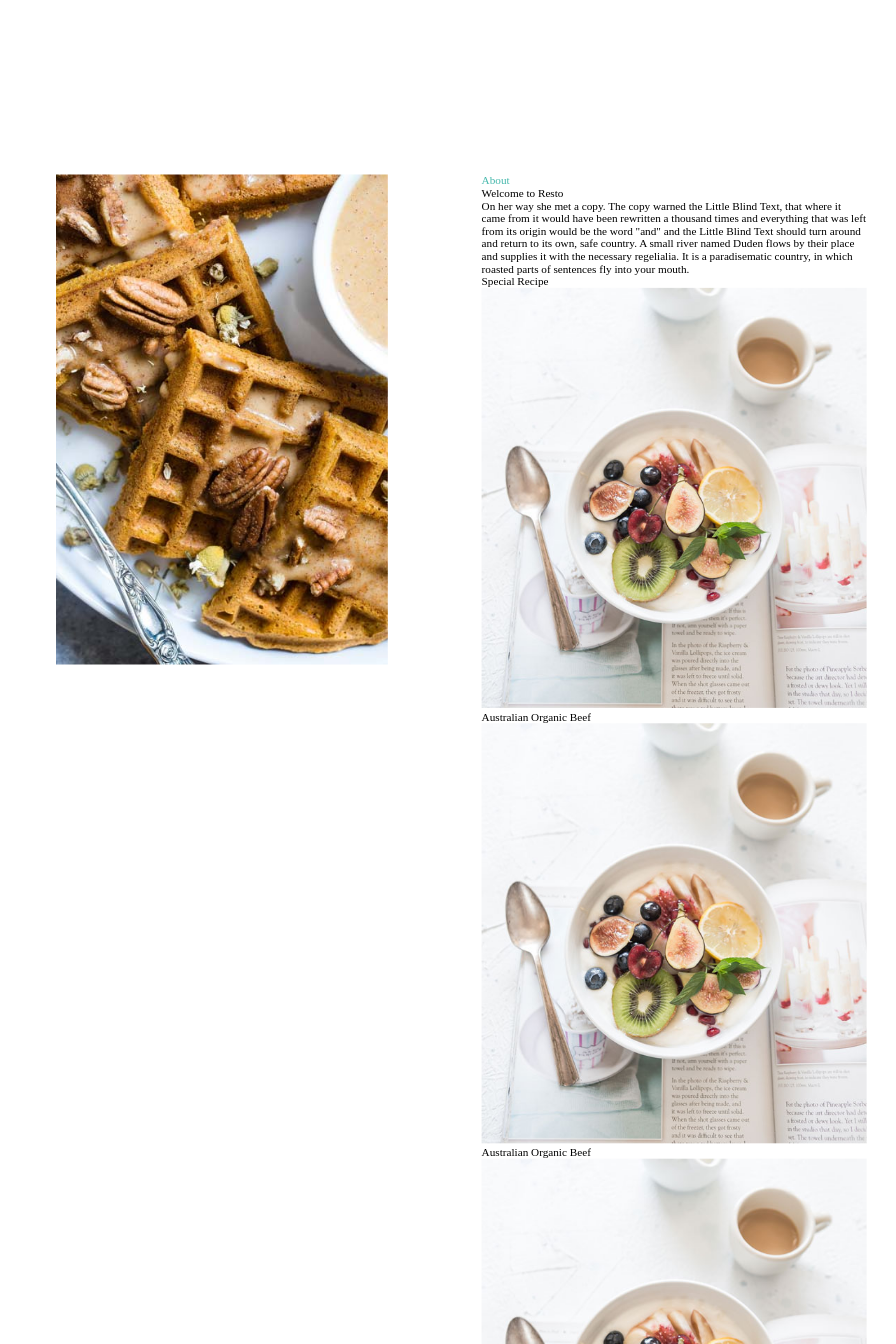
Repository: nguyenanhtuanHDU/myrestaurant
Page: index.html
An editor plug-in stored every save of this project. The page is shown before and after a run of saves, followed by the edit.
The browser window is 1280 px wide. The pictures show the part of the page from y = 555 to 2475 px (the page is 2833 px tall before and 2837 px after), at 70% of full size.

Above is the page before, as saved 2022-02-01 01:56:55.

### index.html
<!DOCTYPE html>
<html lang="en">
<head>
    <meta charset="UTF-8">
    <meta http-equiv="X-UA-Compatible" content="IE=edge">
    <meta name="viewport" content="width=device-width, initial-scale=1.0">
    <link rel="stylesheet" href="./assets/style.css">
    <link rel="stylesheet" href="./assets/icon/fontawesome-free-5.15.4-web/css/all.css">
    <link rel="stylesheet" href="./assets/main.js">
    <link rel="stylesheet" href="./aos/aos.css">
    <title>Resto</title>

</head>
<body>
    <div id="main">
        <div id="header">

            <i class="fas fa-bars" ></i>

            <ul id="nav_1" >
                <li><a href="">Home</a></li>
                <li><a href="">About</a></li>
                <li>
                <a href="">
                    Special Dishes
                    <i class="fas fa-caret-down"></i>
                </a>
                <ul class="subnav_1">
                    <li><a href="">
                        <i class="fas fa-angle-right"></i>
                        Beef Steak Sauce
                    </a></li>
                    <li><a href="">
                        <i class="fas fa-angle-right"></i>
                        Salmon Zucchini
                    </a></li>
                </ul>
                </li>
            </ul>

            <img src="./assets/image/logo.png" alt="" class="img_header" >

            <div id="nav_2">
                <ul>
                    <li><a href="">Menu</a></li>
                    <li><a href="">Team</a></li>
                    <li><a href="">Reservation</a></li>
                </ul>
            </div>

            <i class="fas fa-search"></i>

        </div>

        <div id="introduce">

            <div class="content">
                <h1 class="content_heading1">We Love</h1>
                <h1 class="content_heading2">Delicious Foods!</h1>
                <div class="list_content">
                    <img src="/assets/image/Content/1.png" alt="" class="img_content">
                    <img src="/assets/image/Content/2.png" alt="" class="img_content">
                    <img src="/assets/image/Content/3.png" alt="" class="img_content">

                </div>

                <div class="slider_dish">
                    <img class="img_dish" src="./assets/image/hero-1.jpg" >
                    <img class="img_dish" src="./assets/image/hero-2.jpg" >
                    <img class="img_dish" src="./assets/image/hero-3.jpg" >
                </div>
            </div>



            <div class="about">
                <img src="./assets/image/hero-2.jpg" alt="" class="img_about">
                <div class="about_content">
                    <div class="about_heading">About</div>
                    <div class="about_title">Welcome to Resto </div>
                    <div class="content_para">On her way she met a copy. The copy warned the Little Blind Text, that where it came from it would have been rewritten a thousand times and everything that was left from its origin would be the word "and" and the Little Blind Text should turn around and return to its own, safe country. A small river named Duden flows by their place and supplies it with the necessary regelialia. It is a paradisematic country, in which roasted parts of sentences fly into your mouth.

                    </div>

                    <div class="about_dish">
                        <div class="dish_title">Special Recipe </div>
                        <div class="list_dish">
                            <div class="dish_items">
                                <img src="./assets/image/hero-1.jpg" alt="" class="dish_img">
                                <div class="dish_name">Australian Organic Beef</div>
                            </div>
                            <div class="dish_items">
                                <img src="./assets/image/hero-1.jpg" alt="" class="dish_img">
                                <div class="dish_name">Australian Organic Beef</div>
                            </div>
                            <div class="dish_items">
                                <img src="./assets/image/hero-1.jpg" alt="" class="dish_img">
                                <div class="dish_name">Australian Organic Beef</div>
                            </div>

                        </div>
                    </div>
                </div>
            </div>
        </div>

        <div id="special">

        </div>

        <div id="menu">

        </div>

        <div id="team">

        </div>

        <div id="book">

        </div>

        <div id="footer">

        </div>
    </div>


    <script src="./assets/main.js">

    </script>
    <script src="./aos/aos.js">
        AOS.init();

    </script>


</body>
</html>

### assets/style.css
*{
    margin: 0;
    padding: 0;
    box-sizing: border-box;
}

#header{

    margin-top: 45px;
    margin-left: 150px;
}
#header .fa-bars:hover{
    color: #45b8ac;
    cursor: pointer;
    transform: rotate(360deg);
    transition: .6s ease;
}
#header .fa-bars{
    display: inline-block;
    margin-right: 140px;
    font-size: 20px;
}
#header .fa-search{
    font-size: 20px;
    margin-left: 150px;
}
#header .fa-search:hover{
    color: #45b8ac;
    cursor: pointer;
    font-size: 30px;
    transition: 0.4s ease;
}
#nav_1{
    display: inline-block;

}
#nav_1 > li {
    display: inline-block;
    position: relative;
}
#nav > li:hover{
    display: block;
}

#nav_1 > li > a {
    position: relative;
    font-family: Helvetica, Arial, sans-serif;
    opacity: 0.8;
    display: block;
    color: black;
    text-decoration: none;
    padding: 6px 8px;
}
#nav_1 > li > a:before {
    content: '';
    position: absolute;
    bottom: 0;
    left: 0;
    background-color: #45b8ac;
    height: 3px;
    width: 0%;
    transition: 0.6s ease ;
}
#nav_1 > li > a:hover:before {
    width: 100%;
}
#nav_1 li:hover .subnav_1{
    display: block;
    animation: subnav-1 1s ease ;
}
@keyframes subnav-1{
    0%{
        opacity: 0;
        left: 100px;
    }
    50%{
        left: -20px;
    }
    100%{
        left: 0;
    }

}
.subnav_1{
    position: absolute;
    top: 30px;
    opacity: 1;
    width: 162px;
    display: none;
    z-index: 2;
    overflow: hidden;
    border-top-right-radius: 19px;
    border-bottom-right-radius: 19px;
    box-shadow: rgba(0, 0, 0, 0.35) 0px 5px 15px;
}
.subnav_1 li{
    display: block;
}
.subnav_1 li a:hover{
    background-color: #45b8ac;
    color: white;
}
.subnav_1 li a{
    position: relative;
    font-family: Helvetica, Arial, sans-serif;
    opacity: 0.8;
    color: black;
    text-decoration: none;
    padding: 6px 8px;
    display: block;
}
.subnav_1 li a:before{
    content: '';
    position: absolute;
    top: 0;
    left: 0;
    background-color: #45b8ac;
    height: 100%;
    width: 0%;
    z-index: -1;
}
.subnav_1 li a:hover:before{
    color: white;
}



.img_header{
    width: 117.25px;
    height: 50px;
    margin-left: 78px;
    margin-right: 94px;
}
#nav_2{
    display: inline-block;
}
#nav_2 li {
    display: inline-block;
}

#nav_2 li a {
    position: relative;
    text-decoration: none;
    color: black;
    font-family: Helvetica, Arial, sans-serif;
    opacity: 0.8;
    padding: 6px 8px;
}
#nav_2 li a:before {
    content: '';
    position: absolute;
    bottom: 0;
    left: 0;
    background-color: #45b8ac;
    height: 3px;
    width: 0%;
    transition: 0.6s ease;
}
#nav_2 li a:hover:before {
    width: 100%;
}
#introduce{
    position: relative;
    height: 2000px;
}
.content{
    position: absolute;
    top: 86px;
    left: 50px;
}
.content_heading1{
    font-size: 3.5rem;
    font-weight: 300;
    line-height: 1.2;
}
.content_heading2{
    font-size: 3.5rem;
    font-weight: 300;
    line-height: 1.2;
    padding-top: 14px;
    padding-bottom: 59px;
}
.slider_dish{

}
.img_dish{
    position: absolute;
    width: 545px;
    height: 292px;
    object-fit: cover;
    top: 11px;
    left: 167%;
    box-shadow: rgba(0, 0, 0, 0.35) 0px 5px 15px;
    border-radius: 20px;
}
.about{
    position: absolute;
    top: 700px;
}
.img_about{
    width: 474px;
    height: 700px;
    object-fit: cover;
    margin-left: 80px;
}
.about_content{
    position: absolute;
    top: 0;
    left: 43em;
}
.about_heading{
    color: #45b8ac;
}

### assets/main.js

var myIndex = 0;
        carousel();

        function carousel() {
          var i;
          var x = document.getElementsByClassName("img_dish");
          for (i = 0; i < x.length; i++) {
            x[i].style.display = "none";
          }
          myIndex++;
          if (myIndex > x.length) {myIndex = 1}
          x[myIndex-1].style.display = "block";
          setTimeout(carousel, 3000);
        }

Loaded but not shown: assets/icon/fontawesome-free-5.15.4-web/css/all.css (library); aos/aos.css (library); aos/aos.js (library)

After the next 3 saves:
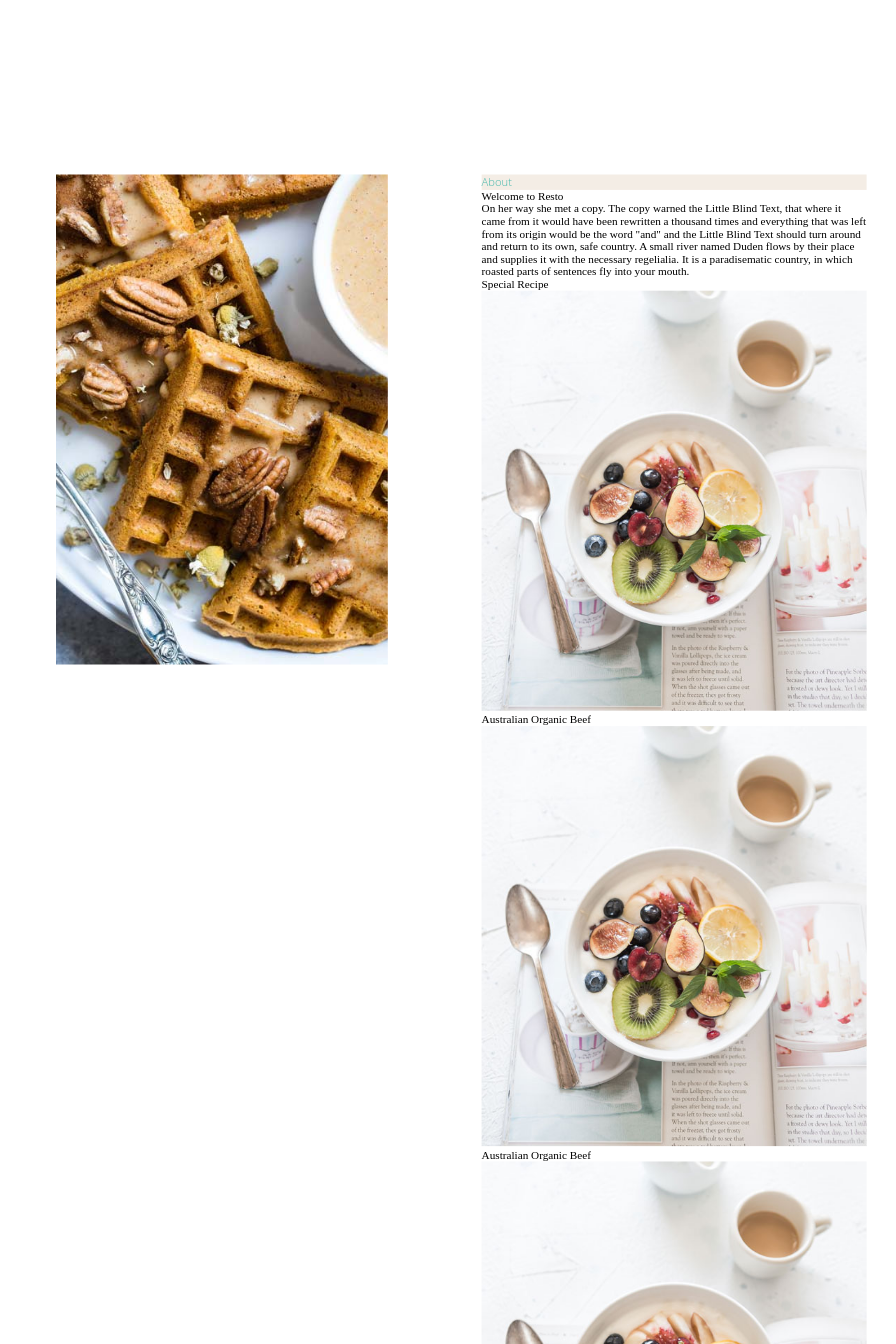
The 3 saves are shown as one change because they came seconds apart.
The last was saved 60 s later.
--- a/assets/style.css
+++ b/assets/style.css
@@ -210,4 +210,7 @@
 }
 .about_heading{
     color: #45b8ac;
-}
+    font-family: 'Open Sans',sans-serif;
+    font-weight: 300;
+    background-color: #f4ede5;
+}
